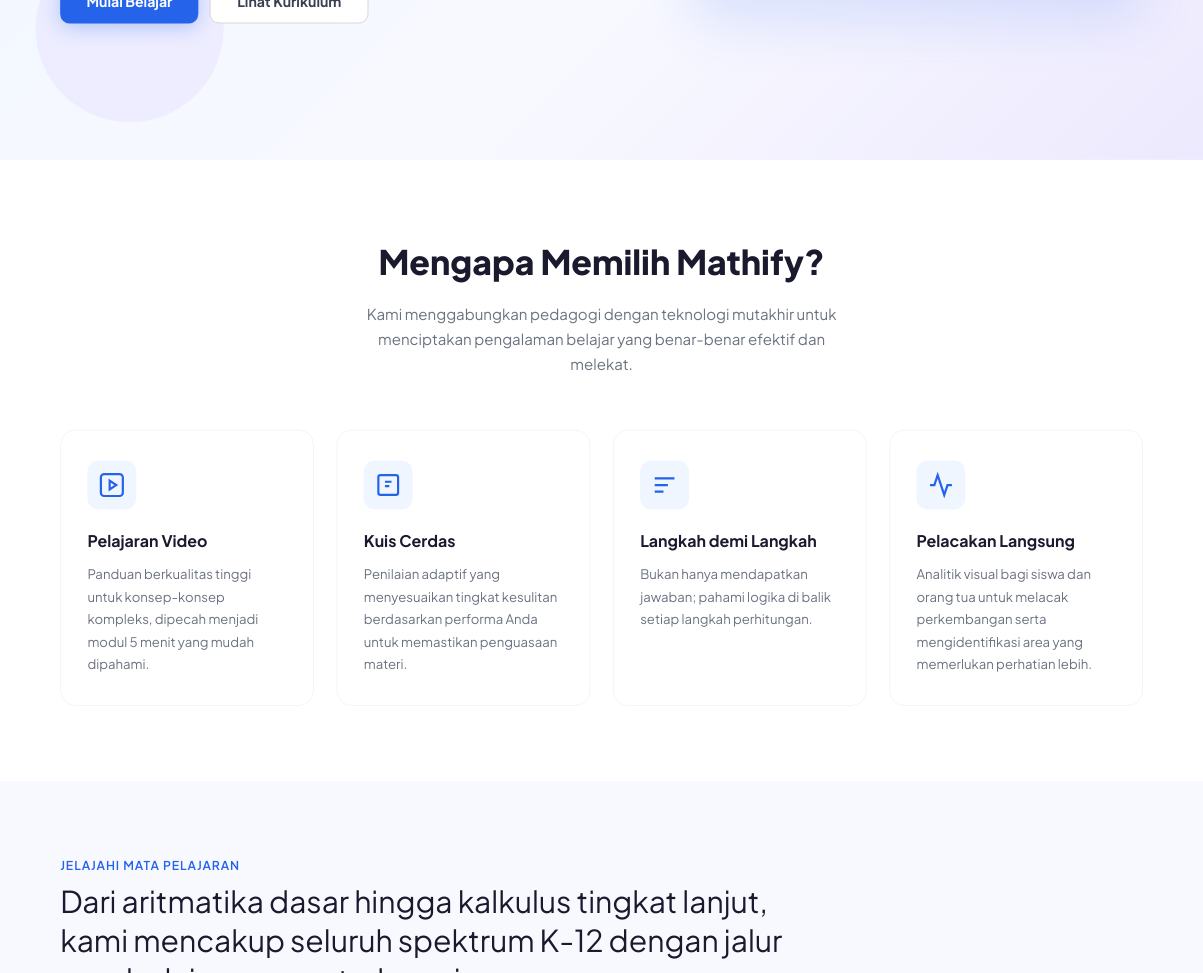
Repository: AdityaRevangga/Mathify
Page: / (app in frontend/)
An editor plug-in stored every save of this project. The page is shown before and after the next save, followed by the edit.
The browser window is 1280 px wide. The pictures show the part of the page from y = 550 to 1585 px (the page is 2742 px tall before and 2674 px after), at 94% of full size.
Pictures or frames that could not be fetched are drawn as grey boxes. The page's requests for data from a server got no answer. The project was rebuilt for these pictures with package versions that can differ from the ones it lists, and the page was loaded fresh each time. No one was signed in, and anything a server would have sent is missing. Also part of the build but not shown: frontend/vite.config.js, frontend/src/index.css, frontend/src/hooks/useAuth.js, frontend/src/router/ProtectedRoute.jsx, frontend/src/components/Sidebar.jsx, frontend/src/components/Topbar.jsx, frontend/src/layouts/DashboardLayout.jsx, frontend/src/layouts/AuthLayout.jsx and 14 more.

Above is the page before, as saved 2026-06-02 14:28:28.

After the next save:
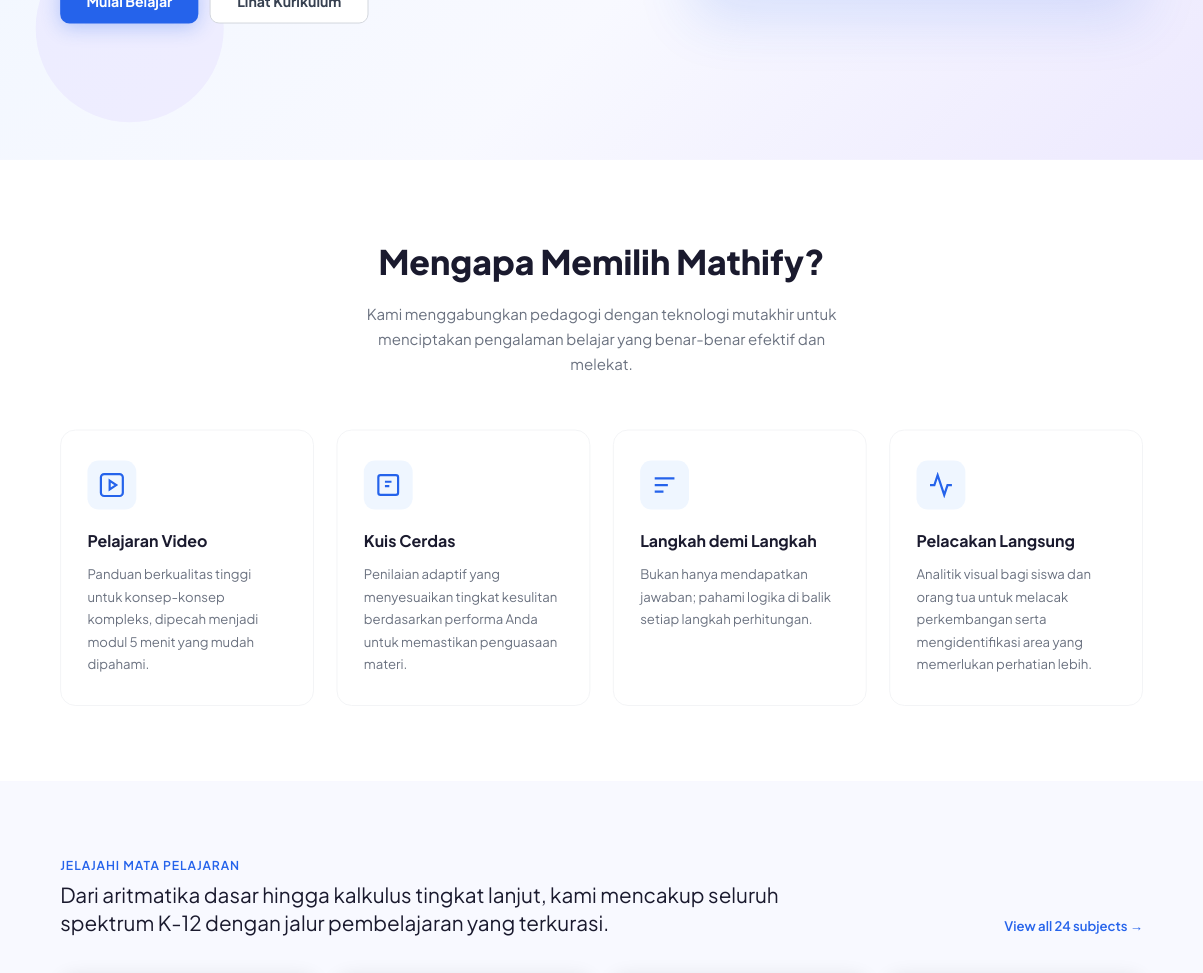
Saved 26 s later.
--- a/frontend/src/pages/LandingPage.jsx
+++ b/frontend/src/pages/LandingPage.jsx
@@ -216,7 +216,7 @@
           <div style={{ display: 'flex', justifyContent: 'space-between', alignItems: 'flex-end', marginBottom: 40, flexWrap: 'wrap', gap: 16 }}>
             <div>
               <p style={{ fontSize: 13, fontWeight: 600, color: '#2563EB', marginBottom: 6, textTransform: 'uppercase', letterSpacing: 1 }}>Jelajahi Mata Pelajaran</p>
-              <h2 style={{ fontSize: 'clamp(12px, 3vw, 32px)', fontWeight: 300, lineHeight: 1.3, maxWidth: 800 }}>
+              <h2 style={{ fontSize: 'clamp(12px, 3vw, 22px)', fontWeight: 300, lineHeight: 1.3, maxWidth: 800 }}>
                 Dari aritmatika dasar hingga kalkulus tingkat lanjut, kami mencakup seluruh spektrum K-12 dengan jalur pembelajaran yang terkurasi.
               </h2>
             </div>
